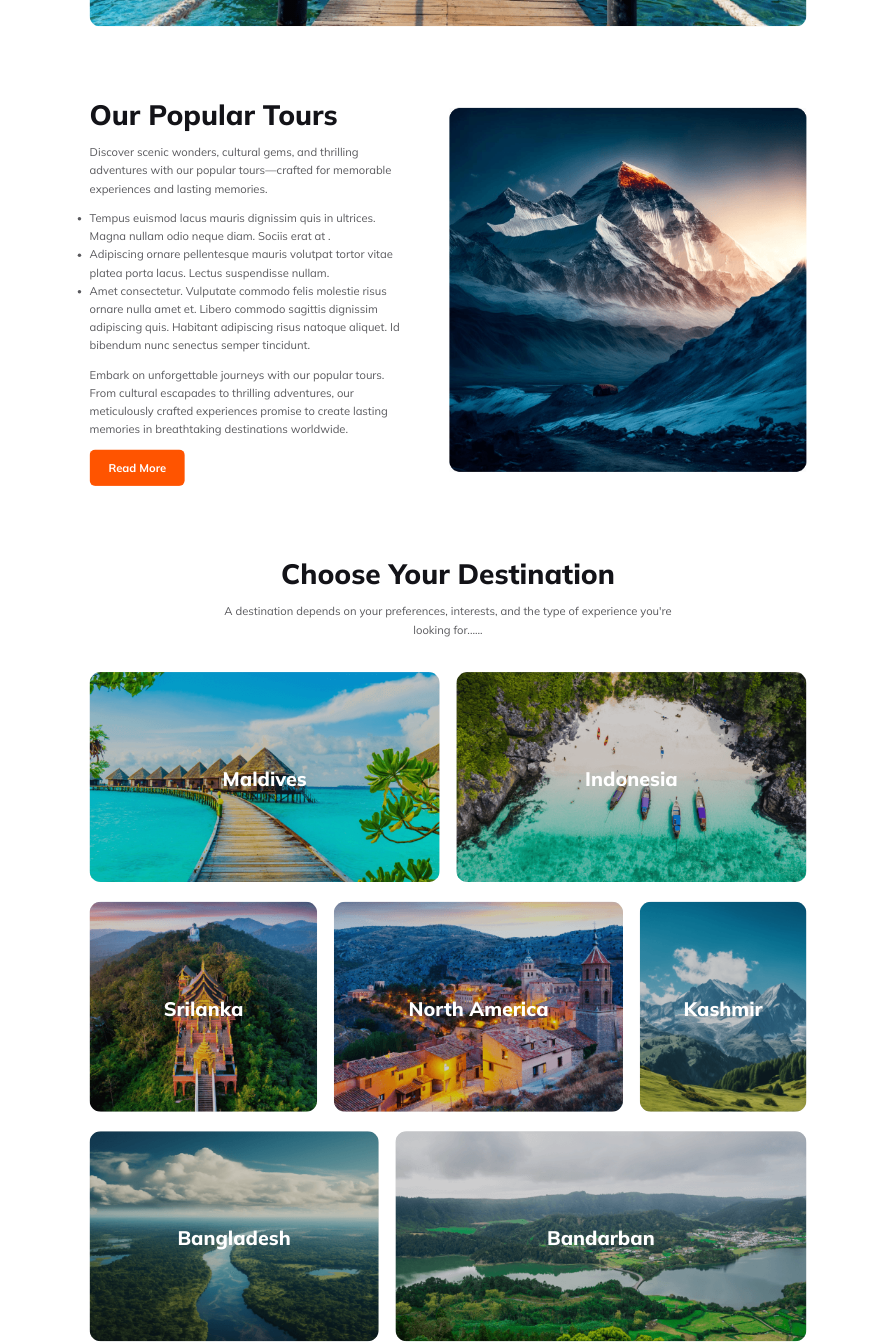
Repository: ShouravAhammed/Assignment-2
Page: index.html
An editor plug-in stored every save of this project. The page is shown before and after the next save, followed by the edit.
The browser window is 1280 px wide. The pictures show the part of the page from y = 663 to 2583 px (the page is 2583 px tall before and 2575 px after), at 70% of full size.
Some web libraries are served in a nearby version.

Above is the page before, as saved 2024-01-16 16:29:18.

### index.html
<!DOCTYPE html>
<html lang="en">
<head>
    <meta charset="UTF-8">
    <meta name="viewport" content="width=device-width, initial-scale=1.0">
    <!-- website title -->
    <title>Easy Travel</title>
    <!-- linked font awesome -->
    <script src="https://kit.fontawesome.com/0d98d502eb.js" crossorigin="anonymous"></script>
    <!-- linked favicon -->
    <link rel="shortcut icon" href="Images/Group 40071 (2).png" type="image/x-icon">
    <!-- linked css -->
    <link rel="stylesheet" href="styles/style.css">
</head>
<body>
    <!-- header part start -->
    <header id="header">
        <div class="container">
            <nav class="navigation">
                    <a class="website-name" href="">
                        <img src="Images/Group 40071 (2).png" alt="">
                        <h3 class="web-text">Easy <span class="web-text-color">Travel</span></h3>
                    </a>
                    <input type="checkbox" id="check">
                    <label for="check" class="checkbtn"><i class="fa-solid fa-bars"></i></label>
                    <ul class="nav">
                        <li><a class="active" href="">Home</a></li>
                        <li><a href="">Packages</a></li>
                        <li><a href="">Testimonial</a></li>
                        <li><a href="">Blog</a></li>
                        <li><a href="">Contact</a></li>
                    </ul>
                </nav>

                <section id="banner">
                    <div class="banner-container">
                        <div class="banner-text">
                            <h2 class="banner-title">Explore Your Travel</h2>
                        <p class="banner-description">Share your destination, interests, and preferences, and I'll assist in crafting a personalized itinerary for your unforgettable journey.</p>
                        </div>
                        <form class="banner-form" action="">
                            <input type="text" placeholder="Where go">
                            <select name="" id="">
                                <option value="">When</option>
                                <option value="">10:00pm</option>
                                <option value="">12:00am</option>
                                <option value="">3:00pm</option>
                                <option value="">01:00pm</option>
                            </select>
                            <select name="" id="">
                                <option value="">Select Type</option>
                                <option value="">Maldives</option>
                                <option value="">Srilanka</option>
                                <option value="">Bangladesh</option>
                                <option value="">Bandarban</option>
                                <option value="">North America</option>
                            </select>
                            <button class="primary-btn"><i class="fa-solid fa-magnifying-glass"></i> Find Now</button>
                        </form>
                    </div>
                </section>
        </div>
    </header>
    <!-- header part end -->
    <!-- main part start -->
    <main>
        <section id="tour">
            <div class="container">
                <div class="tour-container">
                    <div class="tour-text">
                        <h3 class="primary-title">Our Popular Tours</h3>
                        <p class="primary-description">Discover scenic wonders, cultural gems, and thrilling adventures with our popular tours—crafted for memorable experiences and lasting memories.</p>
                        <ul class="tour-list">
                            <li>Tempus euismod lacus mauris dignissim quis in ultrices. Magna nullam odio neque diam. Sociis erat at .</li>
                            <li>Adipiscing ornare pellentesque mauris volutpat tortor vitae platea porta lacus. Lectus suspendisse nullam.</li>
                            <li>Amet consectetur. Vulputate commodo felis molestie risus
                                ornare nulla amet et. Libero commodo sagittis dignissim adipiscing quis. Habitant adipiscing risus natoque aliquet. Id bibendum nunc senectus semper tincidunt.
                            </li>
                        </ul>
                        <p class="primary-description">Embark on unforgettable journeys with our popular tours. From cultural escapades to thrilling adventures, our meticulously crafted experiences promise to create lasting memories in breathtaking destinations worldwide.</p>
                        <button class="primary-btn">Read More</button>
                    </div>
                    <div class="tour-img">
                        <img src="Images/Rectangle 4.png" alt="tour-img">
                    </div>
                </div>
            </div>
        </section>
        <!-- destination section part -->
        <section id="destination">
            <div class="container">
                <dive class="destination-container">
                    <div class="destination-text">
                        <h3 class="primary-title">Choose Your Destination</h3>
                    <p class="primary-description">A destination depends on your preferences, interests, and the type of experience you're looking for......</p>
                    </div>
                    <div class="destination-content">
                        <div class="destination-img" id="img1">
                            <img src="Images/Rectangle 5.png" alt="">
                            <h3 class="destination-img-title">Maldives</h3>
                        </div>
                        <div class="destination-img" id="img2">
                            <img src="Images/Rectangle 8.png" alt="">
                            <h3 class="destination-img-title">Indonesia</h3>
                        </div>
                        <div class="destination-img" id="img3">
                            <img src="Images/Rectangle 6.png" alt="">
                            <h3 class="destination-img-title">Srilanka</h3>
                        </div>
                        <div class="destination-img" id="img4">
                            <img src="Images/Rectangle 7.png" alt="">
                            <h3 class="destination-img-title">North America</h3>
                        </div>
                        <div class="destination-img" id="img5">
                            <img src="Images/Rectangle 9.png" alt="">
                            <h3 class="destination-img-title">Kashmir</h3>
                        </div>
                        <div class="destination-img" id="img6">
                            <img src="Images/Rectangle 11.png" alt="">
                            <h3 class="destination-img-title">Bangladesh</h3>
                        </div>
                        <div class="destination-img" id="img7">
                            <img src="Images/Rectangle 10.png" alt="">
                            <h3 class="destination-img-title">Bandarban</h3>
                        </div>
                    </div>
                </dive>
            </div>
        </section>
    </main>
    <!-- main part end -->
    <!-- footer part start -->
    <footer>

    </footer>
    <!-- footer part end -->
</body>
</html>

### styles/style.css
/* Import Fonts From Google Fonts */
@import url('https://fonts.googleapis.com/css2?family=Mulish:ital,wght@0,200;0,300;0,400;0,500;0,600;0,700;0,800;0,900;0,1000;1,200;1,300;1,400;1,500;1,600;1,700;1,800;1,900;1,1000&display=swap');@import url('https://fonts.googleapis.com/css2?family=Mulish:ital,wght@0,200;0,300;0,400;0,500;0,600;0,700;0,800;0,900;0,1000;1,200;1,300;1,400;1,500;1,600;1,700;1,800;1,900;1,1000&display=swap');

/* color clearance */
:root{
    --primary-color: #FF5400;
    --secondary-color: #131318;
    --third-color: #fff;
}

/* all default size off */
*{
    margin: 0;
    padding: 0;
    outline: 0;
    box-sizing: border-box;
}
/* container display measuring size*/
.container{
    width: 80%;
    margin: 0 auto;
}
/* primary title, description and button */
.primary-title{
    color: var(--secondary-color);
    font-family: Mulish;
    font-size: 2.5rem;
    font-weight: 800;
}
.primary-description{
    color: rgba(19, 19, 24, 0.70);
    font-family: Mulish;
    font-size: 1rem;
    font-weight: 400;
    line-height: 26px;
    margin: 16px 0;
}
/* navigation css style */
.navigation{
    display: flex;
    align-items: center;
    justify-content: space-between;
    margin: 40px 0;
}
.website-name{
    display: flex;
    align-items: center;
    gap: 16px;
    text-decoration: none;
}
.website-name img{
    width: 48px;
}
.website-name .web-text{
    color: var(--secondary-color);
    font-family: Mulish;
    font-size: 2.25rem;
    font-weight: 800;
}
.website-name .web-text-color{
    color: var(--primary-color);
}


.checkbtn{
    font-size: 1.75rem;
    color: #131318;
    display: none;
}
#check{
    display: none;
}



.navigation > .nav{
    display: flex;
    align-items: center;
    gap: 44px;
}
.nav > li{
    list-style: none;
}
.nav > li a{
    color: #424247;
    font-family: Mulish;
    font-size: 1.125rem;;
    font-weight: 400;
    text-decoration: none;
    transition: all ease 0.3s;
}
.nav > li a.active, .nav > li a:hover{
    color: var(--primary-color);
}

#banner{
    background-image: linear-gradient(180deg, rgba(19, 19, 24, 0.80) 0%, rgba(19, 19, 24, 0.00) 100%), url(../Images/Group13.png);
    background-position: center;
    background-size: cover;
    background-repeat: no-repeat;
    height: 80vh;
    border-radius: 16px;
}
.banner-text{
    padding-top: 106px;
    width: 676px;
    margin: 0 auto 48px auto;
    text-align: center;
}
.banner-text .banner-title{
    color: #FFF;
    font-family: Mulish;
    font-size: 4rem;
    font-weight: 800;
}
.banner-text .banner-description{
    color: #FFF;
    font-family: Mulish;
    font-size: 1rem;
    font-weight: 400;
    line-height: 26px;
    margin-top: 24px;
}
.banner-form{
    border-radius: 8px;
    background: rgba(255, 255, 255, 0.30);
    width: 816px;
    padding: 16px 0px;
    margin: 0 auto;
    text-align: center;
    display: flex;
    align-items: center;
    justify-content: space-evenly;
}
.banner-form input, .banner-form select{
    color: rgba(19, 19, 24, 0.50);
    border-radius: 8px;
    background: #FFF;
    font-family: Mulish;
    font-size: 1rem;
    font-weight: 400;
    padding: 14px;
    border: 2px solid transparent;
    transition: all ease 0.5s;
    width: 200px;
}
.banner-form input:hover{
    border: 2px solid var(--primary-color);
}
.banner-form select:hover{
    border: 2px solid var(--primary-color);
}
.primary-btn{
    color: #FFF;
    font-family: Mulish;
    font-size: 16px;
    font-weight: 700;
    border-radius: 8px;
    background: #FF5400;
    border: none;
    padding: 14px 25px;
    border:  2px solid transparent;
    transition: all ease 0.5s;
}
.primary-btn:hover{
    border: 2px solid var(--primary-color);
    background: #fff;
    color: var(--primary-color);
}



/* tour section css style */
#tour{
    margin: 100px 0;
}
.tour-container{
    display: flex;
    gap: 53px;
    align-items: center;
}
.tour-text{
    width: 47%;
}
.tour-img{
    width: 52%;
}
.tour-img img{
    width: 100%;
}
.tour-list > li{
    color: rgba(19, 19, 24, 0.70);
    font-family: Mulish;
    font-size: 1rem;
    font-weight: 400;
    line-height: 26px;
}
/* destination section css style */

.destination-text{
    width: 643px;
    margin: 0 auto;
    text-align: center;
}
.destination-content{
    display: grid;
    grid-template-columns: repeat(12, 1fr);
    grid-template-rows: repeat(3, 1fr);
    gap: 24px;
    margin-top: 48px;
}
.destination-img {
    position: relative;
    transition: all ease 0.3s;
}
.destination-img:hover{
    filter: grayscale(1);
    transform: scale(1.03);
}
.destination-img .destination-img-title{
    position: absolute;
    top: 0;
    left: 0;
    width: 100%;
    height: 100%;
    display: flex;
    align-items: center;
    justify-content: center;
    color: #FFF;
    font-family: Mulish;
    font-size: 1.75rem;
    font-weight: 800;
}
.destination-img img{
    width: 100%;
    height: 300px;
    object-fit: cover;
    border-radius: 16px;
    background: linear-gradient(0deg, rgba(19, 19, 24, 0.20) 0%, rgba(19, 19, 24, 0.20) 100%);
}
#img1{
    grid-column: 1/ span 6;
    grid-row: 1/ span 1;
}
#img2{
    grid-column: 7/ span 6;
    grid-row: 1/ span 1;
}
#img3{
    grid-column: 1/ span 4;
    grid-row: 2/ span 1;
}
#img4{
    grid-column: 5/ span 5;
    grid-row: 2/ span 1;
}
#img5{
    grid-column: 10/ span 3;
    grid-row: 2/ span 1;
}
#img6{
    grid-column: 1/ span 5;
    grid-row: 3/ span 1;
}
#img7{
    grid-column: 6/ span 7;
    grid-row: 3/ span 1;
}










/* mobile device */
@media only screen and (max-width: 576px){


    /* primary  */
    .primary-title{
        font-size: 1.25rem;
    }
    .primary-description{
        font-size: 0.875rem;
        line-height: 24px;
    }









    /* navigation mobile device part css style */
    .navigation{
        margin: 35px 0;
    }
    .checkbtn{
        display: block;
    }
    .navigation > .nav{
        flex-direction: column;
        gap: 20px;
        padding-top: 30px;
        position: fixed;
        width: 100%;
        height: 50vh;
        background: #fff;
        top: 80px;
        left: -100%;
        text-align: center;
        transition: all ease 0.3s;
    }
    #check{
        display: none;
    }
    #check:checked ~ ul{
        left: 0;
    }

    /* banner mobile device section css style */
    .banner-text {
        padding-top: 32px;
        width: 100%;
        margin-bottom: 32px;
    }
    .banner-text .banner-title{
        font-size: 1.375rem;
    }
    .banner-text .banner-description{
        font-size: 0.875rem;
        line-height: 21px;
    }
    .banner-form input, .banner-form select{
        width: 100%;
    }
    .banner-form {
        width: 85%;
        padding: 16px 20px;
        flex-direction: column;
        gap: 16px;
    }


    /* tour mobile device section css style */
    #tour{
        margin: 24px 0;
    }
    .tour-container {
        gap: 24px;
        flex-direction: column;
    }
    .tour-text{
        width: 100%;
    }
    .tour-list > li{
        font-size: 0.875rem;
        line-height: 24px;
    }
    .tour-img{
        width: 100%;
    }

    /* destination mobile device section css style */
    .destination-text {
        width: 100%;
    }
    .destination-content{
        display: grid;
        grid-template-columns: repeat(12, 1fr);
        grid-template-rows: repeat(7, 1fr);
        gap: 16px;
    }
    #img1{
        grid-column: 1/ span 12;
        grid-row: 1/ span 1;
    }
    #img2{
        grid-column: 1/ span 12;
        grid-row: 2/ span 1;
    }
    #img3{
        grid-column: 1/ span 12;
        grid-row: 3/ span 1;
    }
    #img4{
        grid-column: 1/ span 12;
        grid-row: 4/ span 1;
    }
    #img5{
        grid-column: 1/ span 12;
        grid-row: 5/ span 1;
    }
    #img6{
        grid-column: 1/ span 12;
        grid-row: 6/ span 1;
    }
    #img7{
        grid-column: 1/ span 12;
        grid-row: 7/ span 1;
    }
    .destination-img .destination-img-title {
        font-size: 1.25rem;
    }

}

After the next save:
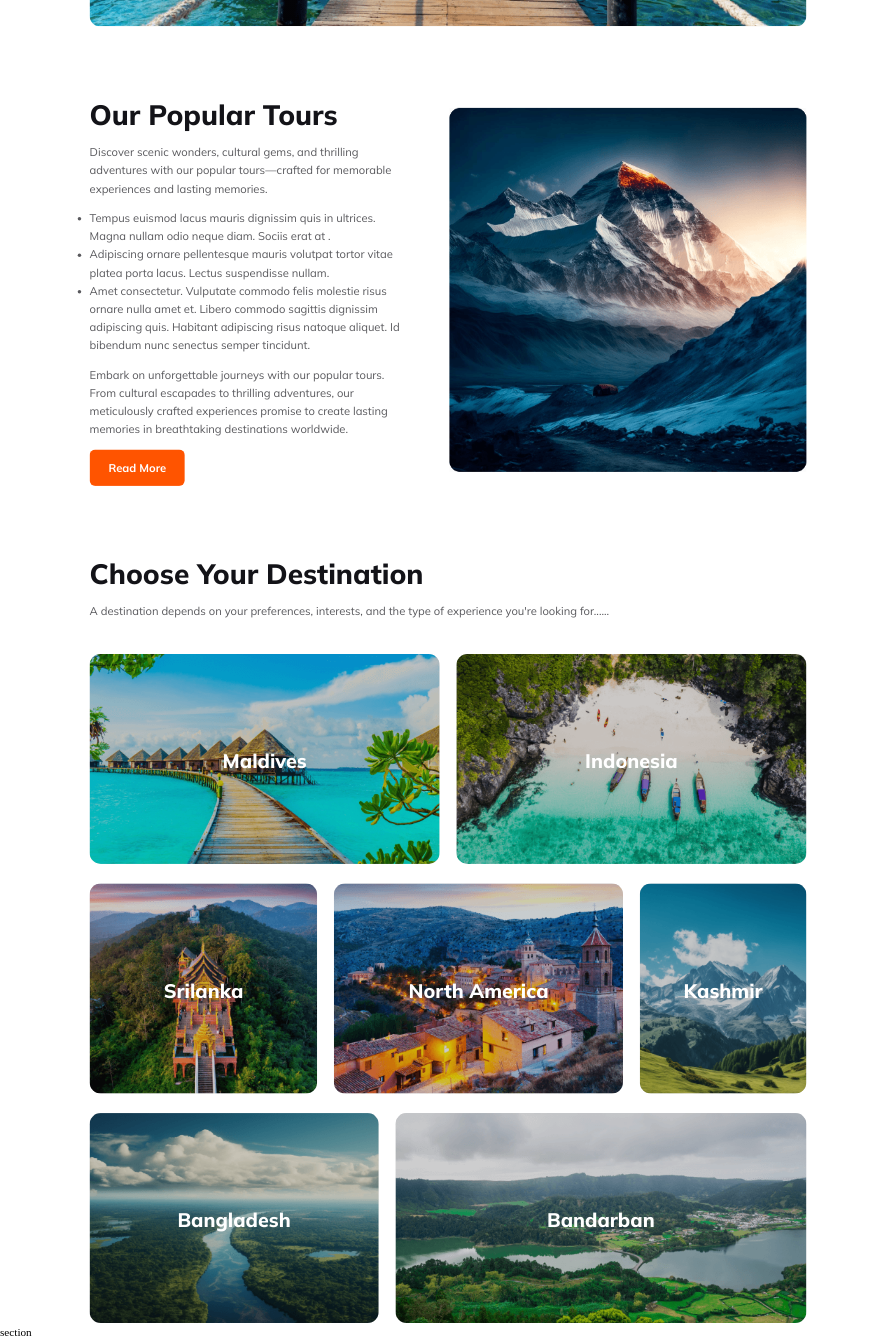
Saved 3 min 12 s later.
--- a/index.html
+++ b/index.html
@@ -90,7 +90,7 @@
         <section id="destination">
             <div class="container">
                 <dive class="destination-container">
-                    <div class="destination-text">
+                    <div class="primary-text">
                         <h3 class="primary-title">Choose Your Destination</h3>
                     <p class="primary-description">A destination depends on your preferences, interests, and the type of experience you're looking for......</p>
                     </div>
@@ -127,6 +127,8 @@
                 </dive>
             </div>
         </section>
+        <!-- why choose us section part -->
+        section
     </main>
     <!-- main part end -->
     <!-- footer part start -->
